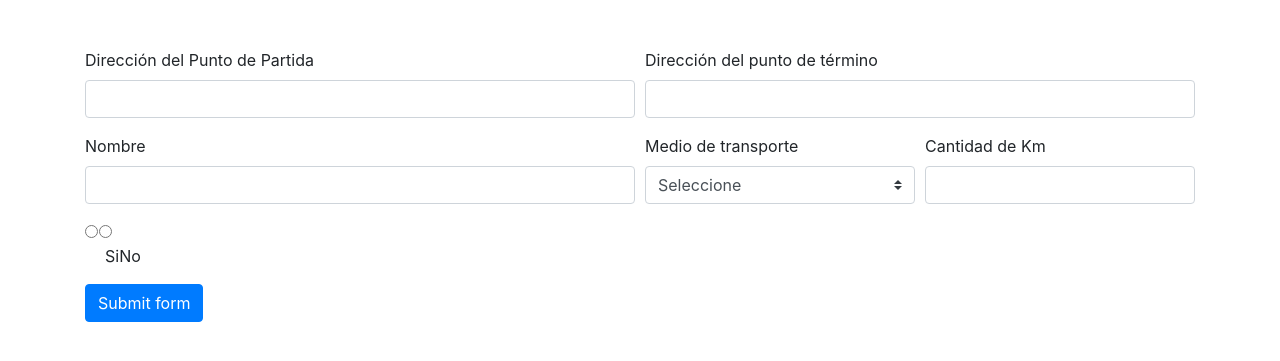
Repository: Jassan851031/foreachTask
Page: /
An editor plug-in stored every save of this project. The page is shown before and after the next save, followed by the edit.
The browser window is 1280 px wide. The pictures show the whole page.
The project was rebuilt for these pictures with package versions that can differ from the ones it lists, and the page was loaded fresh each time. Also part of the build but not shown: src/App.css.

Above is the page before, as saved 2020-03-23 15:11:01.

After the next save:
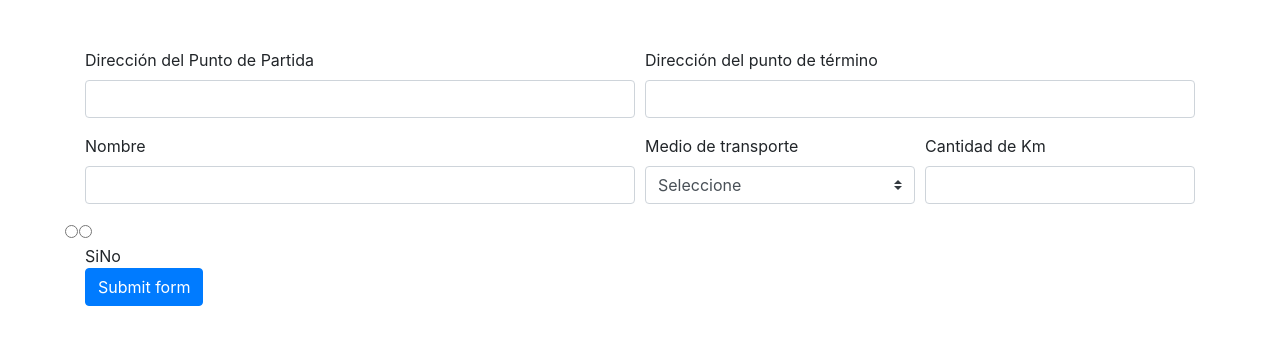
Saved 24 s later.
--- a/src/App.js
+++ b/src/App.js
@@ -39,14 +39,12 @@
             </div>
            <div className="row">
              <div className="col-md-6">
-             <div className="form-group">
-              <div className="form-check">
+
                 <input className="form-check-input" type="radio" value="" id="invalidCheck1" required />
                 <label className="form-check-label" for="invalidCheck1">Si</label>
                 <input className="form-check-input" type="radio" value="" id="invalidCheck2" required />
                 <label className="form-check-label mt-4" for="invalidCheck2">No</label>
-              </div>
-            </div>
+
              </div>
            </div>
             <button className="btn btn-primary" type="submit">Submit form</button>

After the save that followed:
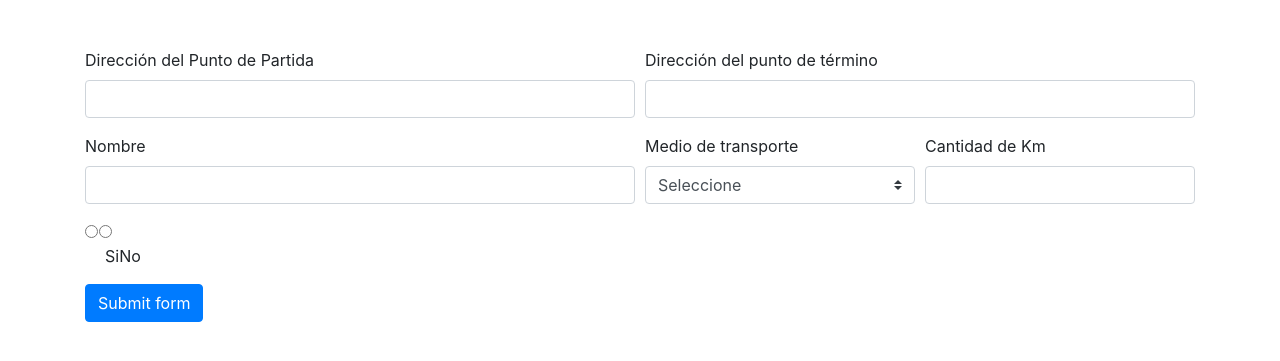
Saved 4 s later.
--- a/src/App.js
+++ b/src/App.js
@@ -39,12 +39,14 @@
             </div>
            <div className="row">
              <div className="col-md-6">
-
+             <div className="form-group">
+              <div className="form-check">
                 <input className="form-check-input" type="radio" value="" id="invalidCheck1" required />
                 <label className="form-check-label" for="invalidCheck1">Si</label>
                 <input className="form-check-input" type="radio" value="" id="invalidCheck2" required />
                 <label className="form-check-label mt-4" for="invalidCheck2">No</label>
-
+              </div>
+            </div>
              </div>
            </div>
             <button className="btn btn-primary" type="submit">Submit form</button>
